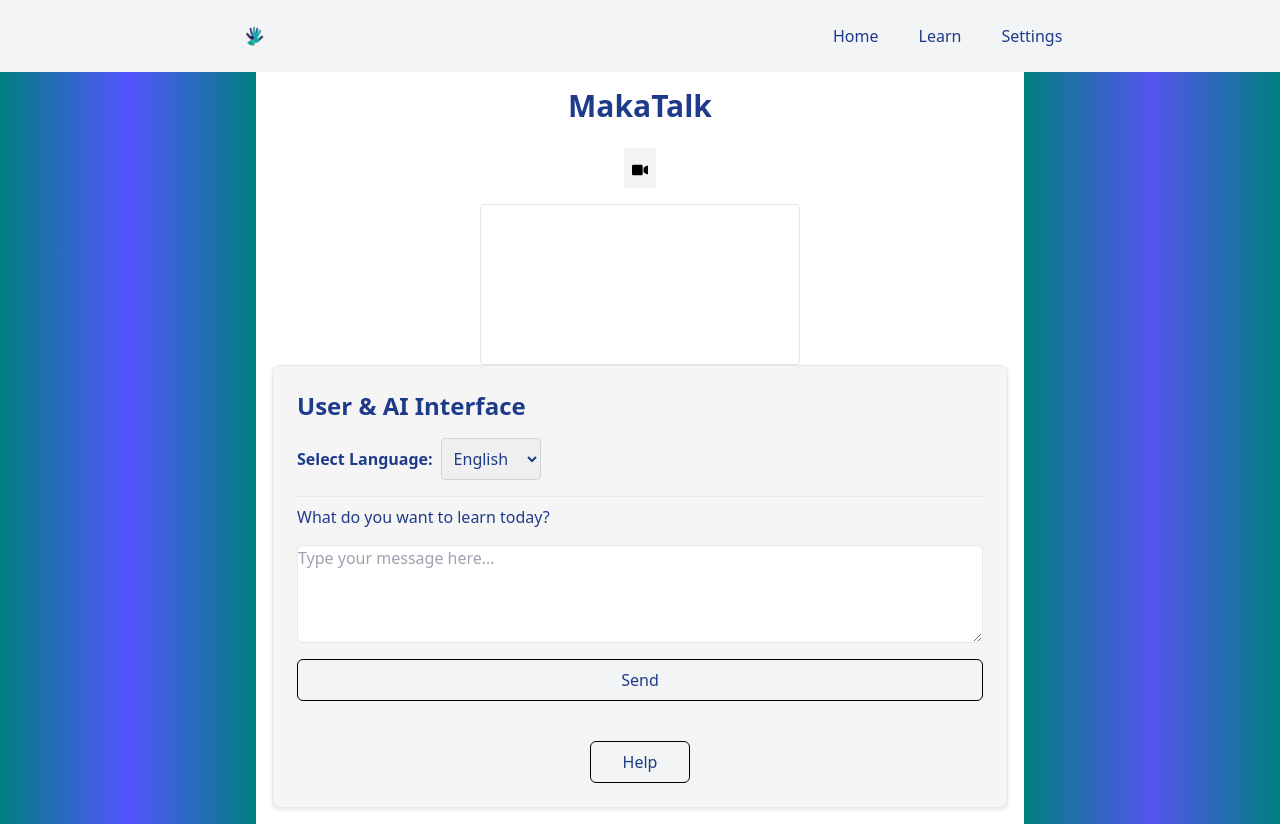
Repository: maria2469/MakaTalk
Page: /learn
The author's editor kept a copy of each file at every save. The page is drawn from the files as they stood at one save, then again after the next save.
The browser window is 1280 px wide. The pictures show the whole page.
The page's requests for data from a server got no answer. The project was rebuilt for these pictures with package versions that can differ from the ones it lists, and the page was loaded fresh each time. No one was signed in, and anything a server would have sent is missing. Also part of the build but not shown: vite.config.js, src/components/LandingPage/Landing.jsx.

Above is the page before, as saved 2024-10-09 21:22:51.

### index.html
<!doctype html>
<html lang="en">
  <head>
    <meta charset="UTF-8" />
    <link rel="icon" type="image/svg+xml" href="/images/MakaTalkLogo.svg" />
    <meta name="viewport" content="width=device-width, initial-scale=1.0" />
    <title>MakaTalk</title>
  </head>
  <body>
    <div id="root"></div>
    <script type="module" src="/src/main.jsx"></script>
  </body>
</html>

### src/main.jsx

console.log('main.js loaded'); // Add this line


import { StrictMode } from 'react'
import { createRoot } from 'react-dom/client'
import App from './App.jsx'
import './index.css'

createRoot(document.getElementById('root')).render(
  <StrictMode>

    <App />
  </StrictMode>,
)

### src/App.jsx
import React from "react";
import { BrowserRouter as Router, Routes, Route } from "react-router-dom";
import Landing from "./components/LandingPage/Landing";
import Learn from "./components/Learn/Learn";

const App = () => {
  return (
    <Router>
      <Routes>
        <Route path="/" element={<Landing />} />
        <Route path="/learn" element={<Learn />} />
      </Routes>
    </Router>
  );
};

export default App;

### src/components/LandingPage/Navbar.jsx
import React from 'react';

const Navbar = () => {
  return (
    <div className="flex items-center justify-around p-3 bg-gray-100 text-blue-900 gap-40">
      <img src="/images/MakaTalkLogo.svg" alt="Logo" className="h-12 w-auto ml-5 justify-start" /> {/* Logo aligned to the extreme left */}
      <div className="flex space-x-10 mr-2 justify-center ">
        <p className="cursor-pointer hover:text-black">Home</p>
        <p className="cursor-pointer hover:text-black">Learn</p>
        <p className="cursor-pointer hover:text-black">Settings</p>
      </div>
    </div>
  );
}

export default Navbar;

### src/components/Learn/Webcam/Webcam.jsx
import React, { useRef, useState, useEffect } from 'react';
import { FaVideo } from 'react-icons/fa';

const Webcam = () => {
  const videoRef = useRef(null);
  const [isVideoEnabled, setIsVideoEnabled] = useState(false);
  const [intervalId, setIntervalId] = useState(null); // To store interval ID

  const handleWebcamToggle = async () => {
    if (!isVideoEnabled) {
      try {
        const stream = await navigator.mediaDevices.getUserMedia({ video: true });
        videoRef.current.srcObject = stream;
        videoRef.current.play();
        setIsVideoEnabled(true);
        startSendingFrames(); // Start capturing and sending frames
      } catch (err) {
        console.error("Error accessing webcam:", err);
      }
    } else {
      const stream = videoRef.current.srcObject;
      const tracks = stream.getTracks();
      tracks.forEach(track => track.stop());
      videoRef.current.srcObject = null;
      setIsVideoEnabled(false);
      stopSendingFrames(); // Stop sending frames
    }
  };

  const startSendingFrames = () => {
    const id = setInterval(captureAndSendFrame, 500); // Capture a frame every 500ms
    setIntervalId(id);
  };

  const stopSendingFrames = () => {
    clearInterval(intervalId); // Stop the interval
    setIntervalId(null);
  };

  const captureAndSendFrame = () => {
    if (!videoRef.current) return;

    // Create a canvas to capture the video frame
    const canvas = document.createElement('canvas');
    canvas.width = videoRef.current.videoWidth;
    canvas.height = videoRef.current.videoHeight;
    const context = canvas.getContext('2d');
    context.drawImage(videoRef.current, 0, 0, canvas.width, canvas.height);

    // Convert canvas to base64 (or you can convert to blob)
    const frameData = canvas.toDataURL('image/jpeg');

    // Send the frame to the backend
    fetch('http://your-backend-endpoint.com/upload', {
      method: 'POST',
      headers: {
        'Content-Type': 'application/json',
      },
      body: JSON.stringify({ frame: frameData }),
    }).catch(err => console.error("Failed to send frame:", err));
  };

  return (
    <div className="flex flex-col items-center">
      <button
        onClick={handleWebcamToggle}
        className="mb-4 p-2 bg-gray-100 text-black rounded hover:bg-gray-200"
      >
        <FaVideo className="inline-block text-black" />
      </button>
      <video ref={videoRef} className="border rounded" width="320" height="240" autoPlay muted />
    </div>
  );
};

export default Webcam;

### src/components/Choices/Colors/Colors.jsx
// Colors.js
const colorOptions = {
    black: {
        image: './images/BlackSIG.svg', // Ensure this path is correct
        instructions: 'To sign black, hold your hand flat and move it across your chest.',
    },
    blue: {
        image: './images/BlueSIG.svg', // Ensure this path is correct
        instructions: 'To sign blue, wave your hand near your chest.',
    },
    brown: {
        image: './images/BrownSIG.svg', // Ensure this path is correct
        instructions: 'To sign brown, use a flat hand and tap it on your forehead.',
    },
    gold: {
        image: './images/GoldSIG.svg', // Ensure this path is correct
        instructions: 'To sign gold, touch your fingers to your chin and move down.',
    },
    green: {
        image: './images/GreenSIG.svg', // Ensure this path is correct
        instructions: 'To sign green, point your finger up and wiggle it.',
    },
    grey: {
        image: './images/GreySIG.svg', // Ensure this path is correct
        instructions: 'To sign grey, make a “G” shape with your hand.',
    },
    orange: {
        image: './images/OrangeSIG.svg', // Ensure this path is correct
        instructions: 'To sign orange, use a fist and tap it on your side.',
    },
    pink: {
        image: './images/PinkSIG.svg', // Ensure this path is correct
        instructions: 'To sign pink, extend your pinky finger and wave it.',
    },
    purple: {
        image: './images/PurpleSIG.svg', // Ensure this path is correct
        instructions: 'To sign purple, move your hand in a circular motion.',
    },
    red: {
        image: './images/RedSIG.svg', // Ensure this path is correct
        instructions: 'To sign red, extend your hand and touch your chin.',
    },
    silver: {
        image: './images/SilverSIG.svg', // Ensure this path is correct
        instructions: 'To sign silver, make a fist and tap it on your wrist.',
    },
    white: {
        image: './images/WhiteSIG.svg', // Ensure this path is correct
        instructions: 'To sign white, wave your hand in front of your chest.',
    },
    yellow: {
        image: './images/YellowSIG.svg', // Ensure this path is correct
        instructions: 'To sign yellow, make a “Y” shape with your hand and shake it.',
    },
    // Add more colors and their corresponding images and instructions as needed
};

export default colorOptions;

### src/components/Learn/Help/Help.jsx
import React, { useState } from 'react';
import GifStore from '../../GifStore/GifStore';

const Help = () => {
  const [isOpen, setIsOpen] = useState(false);
  const [helpOption, setHelpOption] = useState('');
  const [selectedGif, setSelectedGif] = useState('');

  const toggleHelpMenu = () => {
    setIsOpen((prev) => !prev);
    if (!isOpen) {
      setHelpOption(''); // Reset when closing
      setSelectedGif('');
    }
  };

  const handleOptionSelect = (option) => {
    setHelpOption(option);
    setIsOpen(false);
  };

  const handleColorSelect = (color) => {
    const gif = GifStore.getGif(color);
    setSelectedGif(gif || '');
    if (!gif) console.error(`GIF not found for the color: ${color}`);
  };

  const renderHelpOptions = () => (
    <div className="help-options bg-white border rounded shadow-md mt-2 p-4">
      <h3 className="font-bold mb-2">Select Help Option:</h3>
      {['AI', 'GIFs'].map((option) => (
        <button key={option} className="common-button" onClick={() => handleOptionSelect(option)}>
          Help from {option}
        </button>
      ))}
    </div>
  );

  const renderGifHelp = () => (
    <div className="gif-help mt-4">
      <h4 className="font-bold">Select a color for GIF help:</h4>
      {GifStore.colorGifs && Object.keys(GifStore.colorGifs).length > 0 ? (
        Object.keys(GifStore.colorGifs).map((color) => (
          <button key={color} className="common-button m-1" onClick={() => handleColorSelect(color)}>
            {color.charAt(0).toUpperCase() + color.slice(1)}
          </button>
        ))
      ) : (
        <p>No GIFs available. Please check GifStore configuration.</p>
      )}
      {selectedGif && <img src={selectedGif} alt="Color GIF" className="mt-2 w-full" />}
    </div>
  );

  const renderAIHelp = () => (
    <div className="ai-help mt-4">
      <h4 className="font-bold">AI Assistance</h4>
      <p>Here is some AI-powered assistance.</p>
      {/* Add your AI interaction logic here */}
    </div>
  );

  return (
    <div className="flex flex-col items-center mt-10">
      <button className="common-button" onClick={toggleHelpMenu}>Help</button>
      {isOpen && renderHelpOptions()}
      {helpOption === 'GIFs' && renderGifHelp()}
      {helpOption === 'AI' && renderAIHelp()}
    </div>
  );
};

export default Help;

### src/components/Languagedropdown/Language.jsx
import React, { useState } from 'react';

const Language = () => {
  const [selectedLanguage, setSelectedLanguage] = useState('en'); // Default to English

  // Define the available languages
  const languages = [
    { code: 'en', label: 'English' },
    { code: 'es', label: 'Spanish' },
    { code: 'fr', label: 'French' },
    { code: 'de', label: 'German' },
    { code: 'zh', label: 'Chinese' },
    // Add more languages as needed
  ];

  // Handle language selection
  const handleLanguageChange = (event) => {
    setSelectedLanguage(event.target.value);
    // Here you can also integrate the selected language with your text-to-speech functionality
  };

  return (
    <div className="language-dropdown">
      <label htmlFor="languageSelect" className="font-bold mr-2">
        Select Language:
      </label>
      <select
        id="languageSelect"
        value={selectedLanguage}
        onChange={handleLanguageChange}
        className="border border-gray-300 rounded p-2"
      >
        {languages.map((lang) => (
          <option key={lang.code} value={lang.code}>
            {lang.label}
          </option>
        ))}
      </select>
    </div>
  );
};

export default Language;

### src/components/UserAiResponse/UserAiResponse.jsx
import React from 'react';

const UserAiResponse = ({ aiResponse, userInput, onInputChange, onSubmit }) => {
    return (
        <div className="flex flex-col">
            <div className="ai-response mb-4">
                {/* Remove or comment out the label */}
                {/* <h3 className="font-bold">AI Response:</h3> */}
                <p>{aiResponse}</p>
            </div>
            <textarea
                placeholder="Type your message here..."
                rows="4"
                value={userInput}
                onChange={onInputChange}
            />
            <button className="common-button mt-4" onClick={onSubmit}>
                Send
            </button>
        </div>
    );
}

export default UserAiResponse;

### src/components/GifStore/GifStore.jsx
const colorGifs = {
  black: '/gifs/black.gif',
  blue: '/gifs/blue.gif',
  brown: '/gifs/brown.gif',
  gold: '/gifs/gold.gif',
  green: '/gifs/green.gif',
  grey: '/gifs/grey.gif',
  orange: '/gifs/orange.gif',
  pink: '/gifs/pink.gif',
  purple: '/gifs/purple.gif',
  red: '/gifs/red.gif',
  silver: '/gifs/silver.gif',
  white: '/gifs/white.gif',
  yellow: '/gifs/yellow.gif',
};

// Export the GIFs and any necessary functions
const GifStore = {
  colorGifs, // Ensure this is properly exported
  getGif: (color) => {
    if (colorGifs[color]) {
      return colorGifs[color];
    } else {
      console.warn(`No GIF found for color: ${color}`); // Add warning for unmatched colors
      return null;
    }
  },
};

export default GifStore;

Loaded but not shown: src/index.css (common file); tailwind.config.js (common file); src/components/Learn/Learn.css (139 lines, source omitted); src/components/Learn/Learn.jsx (72 lines, source omitted)

After the next save:
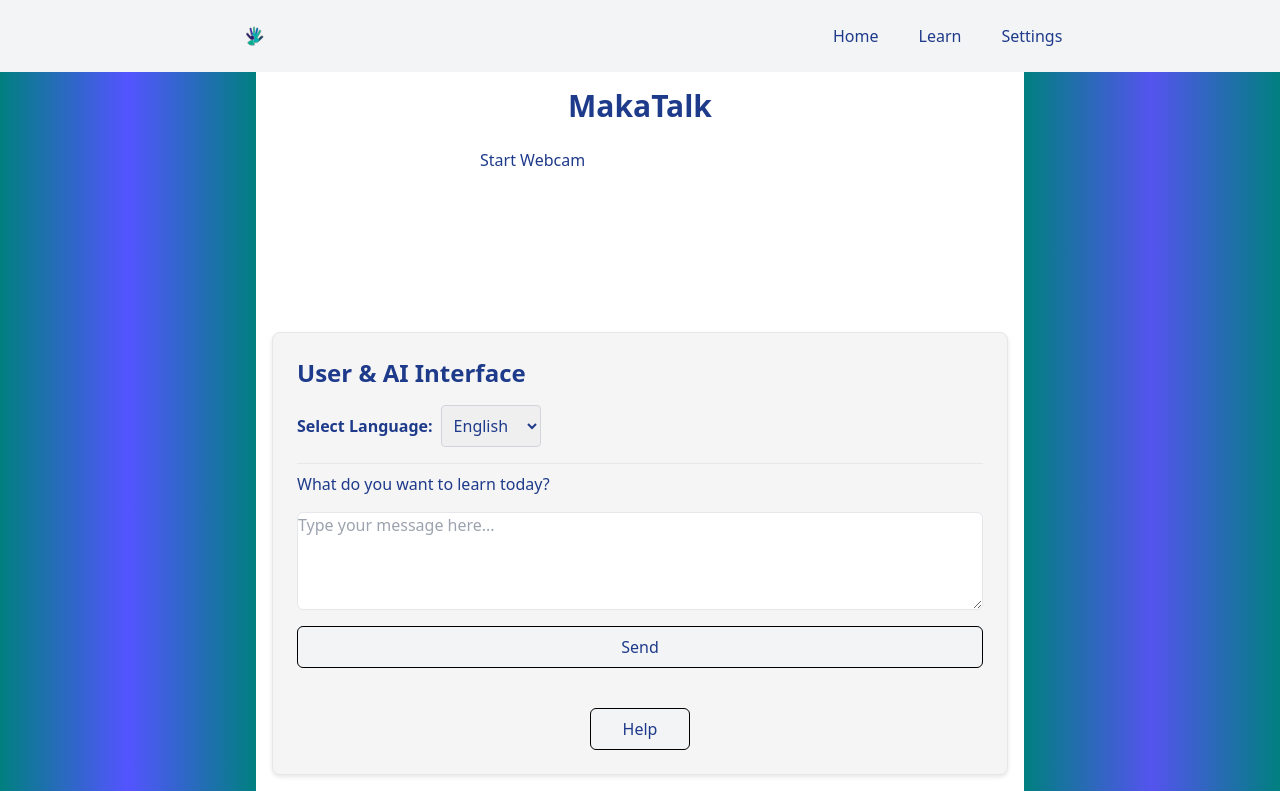
Saved 4 min 14 s later.
--- a/src/components/Learn/Webcam/Webcam.jsx
+++ b/src/components/Learn/Webcam/Webcam.jsx
@@ -1,76 +1,63 @@
 import React, { useRef, useState, useEffect } from 'react';
-import { FaVideo } from 'react-icons/fa';
 
-const Webcam = () => {
+const WebcamStream = () => {
   const videoRef = useRef(null);
-  const [isVideoEnabled, setIsVideoEnabled] = useState(false);
-  const [intervalId, setIntervalId] = useState(null); // To store interval ID
+  const canvasRef = useRef(null);
+  const [isStreaming, setIsStreaming] = useState(false);
+  const socket = useRef(null);
 
-  const handleWebcamToggle = async () => {
-    if (!isVideoEnabled) {
-      try {
-        const stream = await navigator.mediaDevices.getUserMedia({ video: true });
-        videoRef.current.srcObject = stream;
-        videoRef.current.play();
-        setIsVideoEnabled(true);
-        startSendingFrames(); // Start capturing and sending frames
-      } catch (err) {
-        console.error("Error accessing webcam:", err);
-      }
-    } else {
-      const stream = videoRef.current.srcObject;
-      const tracks = stream.getTracks();
-      tracks.forEach(track => track.stop());
-      videoRef.current.srcObject = null;
-      setIsVideoEnabled(false);
-      stopSendingFrames(); // Stop sending frames
+  useEffect(() => {
+    // Setup WebSocket connection
+    socket.current = new WebSocket("ws://localhost:5000"); // Assuming backend is running on localhost:5000
+    socket.current.onopen = () => console.log("Connected to server");
+    socket.current.onclose = () => console.log("Disconnected from server");
+
+    return () => {
+      if (socket.current) socket.current.close();
+    };
+  }, []);
+
+  const startWebcam = async () => {
+    try {
+      const stream = await navigator.mediaDevices.getUserMedia({ video: true });
+      videoRef.current.srcObject = stream;
+      videoRef.current.play();
+      setIsStreaming(true);
+      captureFrames();
+    } catch (error) {
+      console.error("Error accessing webcam:", error);
     }
   };
 
-  const startSendingFrames = () => {
-    const id = setInterval(captureAndSendFrame, 500); // Capture a frame every 500ms
-    setIntervalId(id);
-  };
+  const captureFrames = () => {
+    if (!isStreaming || !videoRef.current || !canvasRef.current) return;
 
-  const stopSendingFrames = () => {
-    clearInterval(intervalId); // Stop the interval
-    setIntervalId(null);
-  };
+    const context = canvasRef.current.getContext('2d');
+    const width = videoRef.current.videoWidth;
+    const height = videoRef.current.videoHeight;
 
-  const captureAndSendFrame = () => {
-    if (!videoRef.current) return;
+    // Set canvas dimensions to match the video element
+    canvasRef.current.width = width;
+    canvasRef.current.height = height;
 
-    // Create a canvas to capture the video frame
-    const canvas = document.createElement('canvas');
-    canvas.width = videoRef.current.videoWidth;
-    canvas.height = videoRef.current.videoHeight;
-    const context = canvas.getContext('2d');
-    context.drawImage(videoRef.current, 0, 0, canvas.width, canvas.height);
+    // Draw the current frame onto the canvas
+    context.drawImage(videoRef.current, 0, 0, width, height);
 
-    // Convert canvas to base64 (or you can convert to blob)
-    const frameData = canvas.toDataURL('image/jpeg');
+    // Send the frame as an image data URL to the backend via WebSocket
+    const frameData = canvasRef.current.toDataURL('image/jpeg'); // Convert the frame to a JPEG image
+    socket.current.send(frameData); // Send the image data to the backend
 
-    // Send the frame to the backend
-    fetch('http://your-backend-endpoint.com/upload', {
-      method: 'POST',
-      headers: {
-        'Content-Type': 'application/json',
-      },
-      body: JSON.stringify({ frame: frameData }),
-    }).catch(err => console.error("Failed to send frame:", err));
+    // Capture the next frame in the next animation frame
+    requestAnimationFrame(captureFrames);
   };
 
   return (
-    <div className="flex flex-col items-center">
-      <button
-        onClick={handleWebcamToggle}
-        className="mb-4 p-2 bg-gray-100 text-black rounded hover:bg-gray-200"
-      >
-        <FaVideo className="inline-block text-black" />
-      </button>
-      <video ref={videoRef} className="border rounded" width="320" height="240" autoPlay muted />
+    <div>
+      <button onClick={startWebcam}>Start Webcam</button>
+      <video ref={videoRef} width="320" height="240" />
+      <canvas ref={canvasRef} style={{ display: 'none' }} />
     </div>
   );
 };
 
-export default Webcam;
+export default WebcamStream;

After the save that followed:
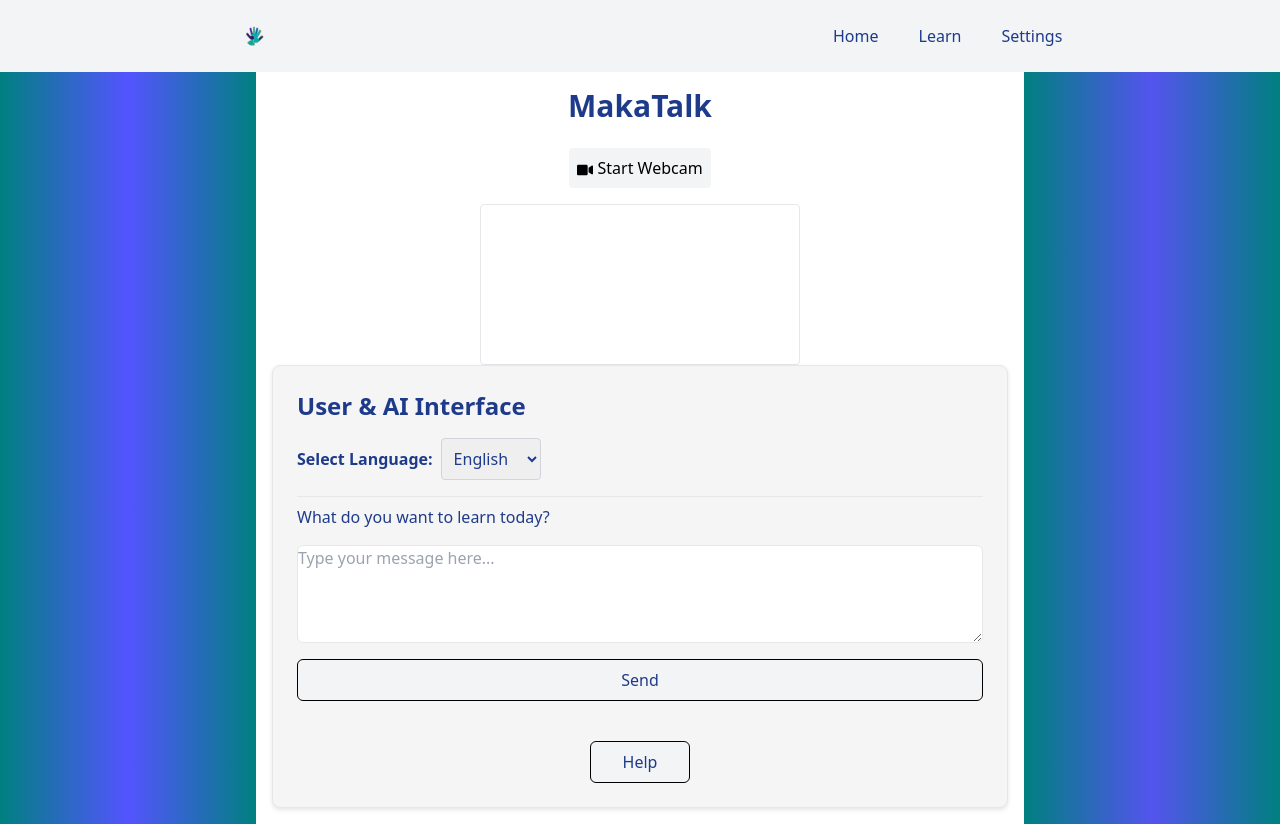
Saved 116 s later.
--- a/src/components/Learn/Webcam/Webcam.jsx
+++ b/src/components/Learn/Webcam/Webcam.jsx
@@ -1,9 +1,10 @@
 import React, { useRef, useState, useEffect } from 'react';
+import { FaVideo, FaVideoSlash } from 'react-icons/fa'; // Import video and stop icons
 
 const WebcamStream = () => {
   const videoRef = useRef(null);
   const canvasRef = useRef(null);
-  const [isStreaming, setIsStreaming] = useState(false);
+  const [isStreaming, setIsStreaming] = useState(false); // Toggle between streaming states
   const socket = useRef(null);
 
   useEffect(() => {
@@ -22,10 +23,20 @@
       const stream = await navigator.mediaDevices.getUserMedia({ video: true });
       videoRef.current.srcObject = stream;
       videoRef.current.play();
-      setIsStreaming(true);
+      setIsStreaming(true); // Webcam is now streaming
       captureFrames();
     } catch (error) {
       console.error("Error accessing webcam:", error);
+    }
+  };
+
+  const stopWebcam = () => {
+    const stream = videoRef.current.srcObject;
+    const tracks = stream?.getTracks();
+    if (tracks) {
+      tracks.forEach(track => track.stop()); // Stop each track of the stream
+      videoRef.current.srcObject = null; // Clear the video source
+      setIsStreaming(false); // Webcam is no longer streaming
     }
   };
 
@@ -52,9 +63,19 @@
   };
 
   return (
-    <div>
-      <button onClick={startWebcam}>Start Webcam</button>
-      <video ref={videoRef} width="320" height="240" />
+    <div className="flex flex-col items-center">
+      <button
+        onClick={isStreaming ? stopWebcam : startWebcam} // Toggle between starting and stopping webcam
+        className="mb-4 p-2 bg-gray-100 text-black rounded hover:bg-gray-200"
+      >
+        {isStreaming ? (
+          <FaVideoSlash className="inline-block text-black" /> // Show stop icon when streaming
+        ) : (
+          <FaVideo className="inline-block text-black" /> // Show start icon when not streaming
+        )}
+        {isStreaming ? ' Stop Webcam' : ' Start Webcam'} {/* Toggle button label */}
+      </button>
+      <video ref={videoRef} width="320" height="240" className="border rounded" />
       <canvas ref={canvasRef} style={{ display: 'none' }} />
     </div>
   );
